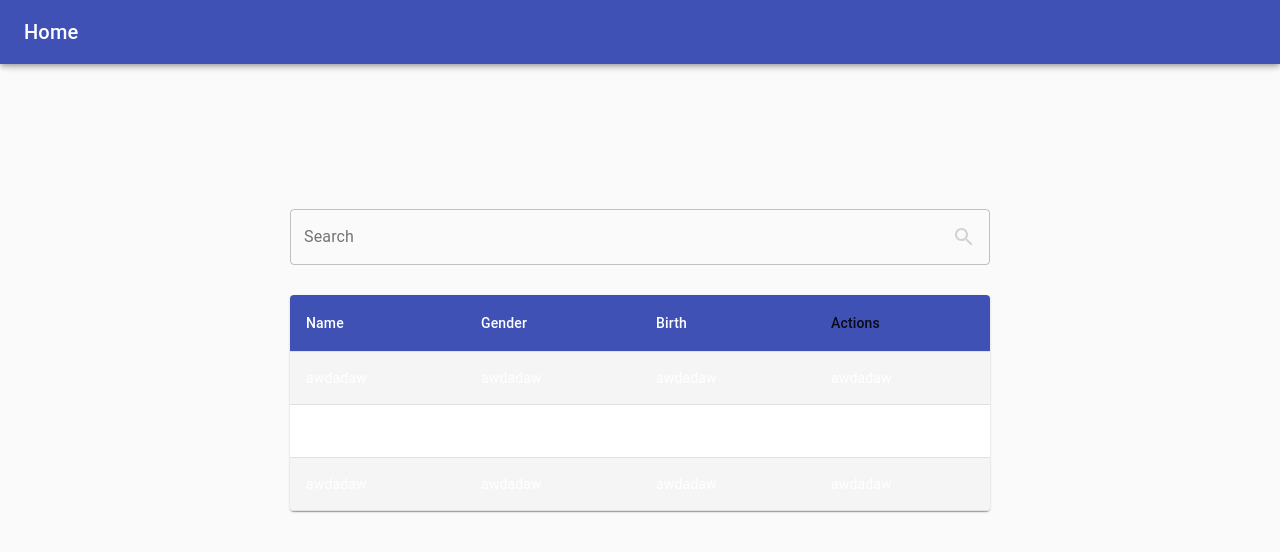
Repository: GabrielBrandaoProjetos/patient-manager
Page: /
An editor plug-in stored every save of this project. The page is shown before and after the next save, followed by the edit.
The browser window is 1280 px wide. The pictures show the whole page.
The project was rebuilt for these pictures with package versions that can differ from the ones it lists, and the page was loaded fresh each time.

Above is the page before, as saved 2021-09-14 14:01:18.

### public/index.html
<!DOCTYPE html>
<html lang="en">
  <head>
    <meta charset="utf-8" />
    <meta name="viewport" content="minimum-scale=1, width=device-width, initial-scale=1" />
    <meta name="theme-color" content="#000000" />

    <title>React App</title>
  </head>
  <body>
    <noscript>You need to enable JavaScript to run this app.</noscript>
    <div id="root"></div>
  </body>
</html>

### src/App.tsx
import React from 'react';
import { CssBaseline } from '@material-ui/core';
import { Home } from './pages/Home/Home';


function App() {
  return (
    <>
    <CssBaseline />
    <Home />
    </>
  );
}

export default App;

### src/pages/Home/Home.tsx
import React from 'react';
import { AppBar, FormControl, InputAdornment, InputLabel, OutlinedInput, Paper, Table, TableBody, TableCell, TableContainer, TableHead, TableRow, Toolbar, Typography } from '@material-ui/core';
import {Search} from '@material-ui/icons'
import { createStyles, makeStyles, Theme } from '@material-ui/core/styles';

const useStyles = makeStyles((theme: Theme) =>
  createStyles({
    root: {
      width: '100vw',
      height: '100vh',
      display: 'flex',
      flexDirection: 'column',
      alignItems: 'center',
      justifyContent: 'center',
    },
    title: {
      flexGrow: 1,
    },
    form: {
      maxWidth: 700,
      width: "100%",
    },
    outlinedInput: {

    },
    search: {
      color: "#d2d2d2",
    },
    tableContainer: {
      maxWidth: 700,
      width: "100%",

      marginTop: 30
    },
    table: {

    },
    row: {
      background: "#3f51b5"
    },
    rowBody: {
      '&:nth-of-type(odd)': {
        backgroundColor: theme.palette.action.hover,
      }
    },
    cell: {
      color: "white",
      //borderRight: "1px solid #928f8f"
    },
  }),
);

export const Home = () => {
  const classes = useStyles();
  return(
    <div className={classes.root}>
      <AppBar>
        <Toolbar>
          <Typography variant="h6" className={classes.title}>
            Home
          </Typography>
        </Toolbar>
      </AppBar>

      <FormControl className={classes.form} variant="outlined">
        <InputLabel htmlFor="outlined-adornment-search">Search</InputLabel>
        <OutlinedInput
          classes={{root: classes.outlinedInput}}
          id="outlined-adornment-search"
          type="search"
          // value={values.password}
          // onChange={handleChange('password')}
          endAdornment={
            <InputAdornment position="end">
              <Search className={classes.search}/>
            </InputAdornment>
          }
          labelWidth={70}
        />
      </FormControl>

      <TableContainer component={Paper} className={classes.tableContainer}>
        <Table className={classes.table} aria-label="simple table">
          <TableHead>
            <TableRow className={classes.row}>
              <TableCell className={classes.cell}>Name</TableCell>
              <TableCell className={classes.cell}>Gender</TableCell>
              <TableCell className={classes.cell}>Birth</TableCell>
              <TableCell>Actions</TableCell>
            </TableRow>
          </TableHead>

          <TableBody>
            <TableRow className={classes.rowBody}>
              <TableCell className={classes.cell}>awdadaw</TableCell>
              <TableCell className={classes.cell}>awdadaw</TableCell>
              <TableCell className={classes.cell}>awdadaw</TableCell>
              <TableCell className={classes.cell}>awdadaw</TableCell>
            </TableRow>
            <TableRow className={classes.rowBody}>
              <TableCell className={classes.cell}>awdadaw</TableCell>
              <TableCell className={classes.cell}>awdadaw</TableCell>
              <TableCell className={classes.cell}>awdadaw</TableCell>
              <TableCell className={classes.cell}>awdadaw</TableCell>
            </TableRow>
            <TableRow className={classes.rowBody}>
              <TableCell className={classes.cell}>awdadaw</TableCell>
              <TableCell className={classes.cell}>awdadaw</TableCell>
              <TableCell className={classes.cell}>awdadaw</TableCell>
              <TableCell className={classes.cell}>awdadaw</TableCell>
            </TableRow>
          </TableBody>
        </Table>

      </TableContainer>
    </div>
  )
}

Loaded but not shown: src/index.tsx (common file); src/reportWebVitals.ts (common file)

After the next save:
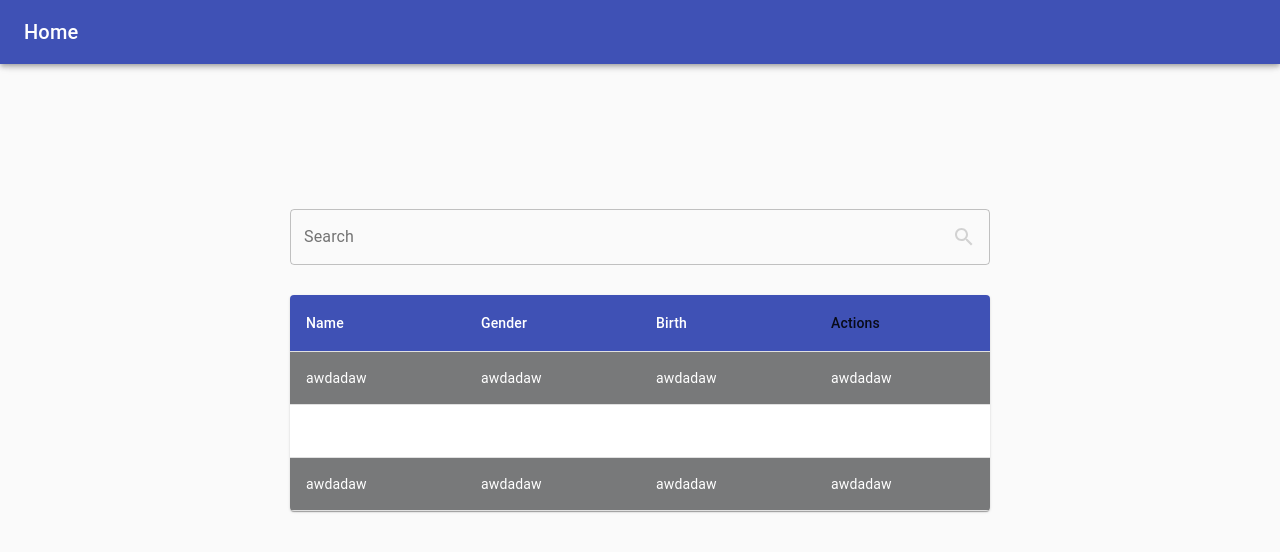
Saved 2 min 56 s later.
--- a/src/pages/Home/Home.tsx
+++ b/src/pages/Home/Home.tsx
@@ -40,7 +40,7 @@ const useStyles = makeStyles((theme: Theme) =>
     },
     rowBody: {
       '&:nth-of-type(odd)': {
-        backgroundColor: theme.palette.action.hover,
+        backgroundColor: "#78797a",
       }
     },
     cell: {
